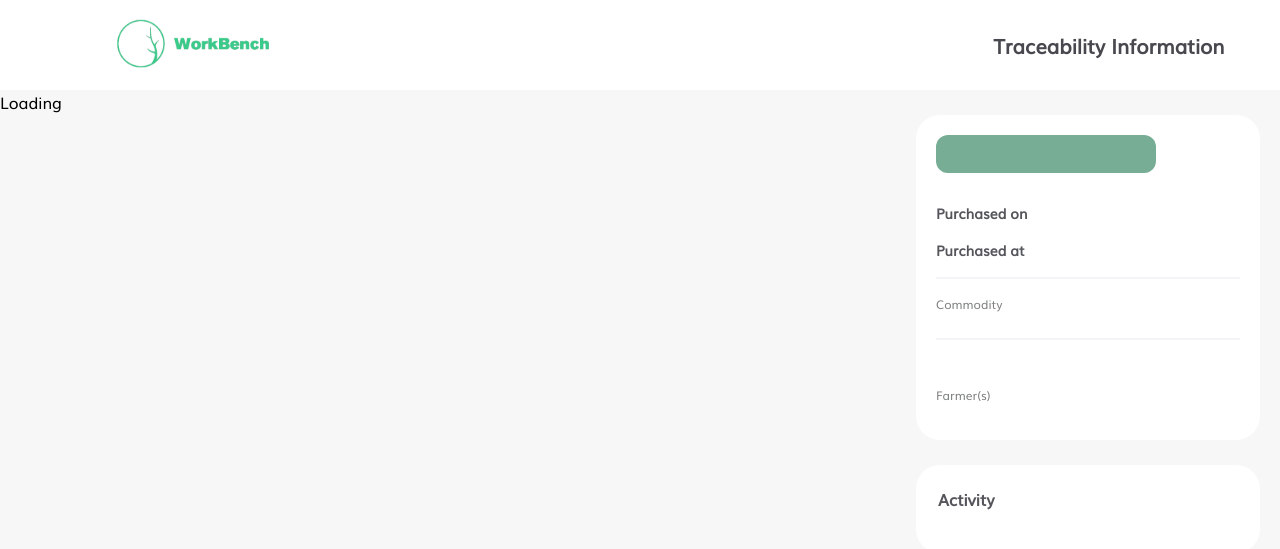
Repository: Hamezry/Traceability-Page
Page: /
An editor plug-in stored every save of this project. The page is shown before and after the next save, followed by the edit.
The browser window is 1280 px wide. The pictures show the whole page.
The page's requests for data from a server got no answer. The project was rebuilt for these pictures with package versions that can differ from the ones it lists, and the page was loaded fresh each time. No one was signed in, and anything a server would have sent is missing.

Above is the page before, as saved 2022-09-18 09:08:51.

### public/index.html
<!DOCTYPE html>
<html lang="en">
  <head>
    <meta charset="utf-8" />
    <meta name="viewport" content="width=device-width, initial-scale=1" />
    <meta name="theme-color" content="#000000" />
    <meta
      name="description"
      content="Web site created using create-react-app"
    />
    <link rel="preconnect" href="https://fonts.googleapis.com">
    <link rel="preconnect" href="https://fonts.gstatic.com" crossorigin>
    <!-- <link href="https://fonts.googleapis.com/css2?family=Mulish:wght@300;400;600&display=swap" rel="stylesheet"> -->
    <title>Traceability page</title>
  </head>
  <body>
    <noscript>You need to enable JavaScript to run this app.</noscript>
    <div id="root"></div>

  </body>
</html>

### src/index.css
@tailwind base;
@tailwind components;
@tailwind utilities;

@font-face {
    font-family: 'Muli';
    src: local('Muli'), url("./fonts/Muli-Regular.ttf") format("truetype");
}


@font-face {
    font-family: 'Muli';
    src: url('./fonts/Muli-Regular.ttf') format("truetype");
}

body {
    font-family: 'Muli' !important;
}

### src/App.js
import './index.css';
import Navbar from './components/Navbar';
import Information from './components/Information';
import Sidemap from './components/Sidemap';
import { BrowserRouter, Route, Routes } from 'react-router-dom';

function App() {
  return (
    <BrowserRouter>

      <Routes>

          <Route path='/' element={
            <div>
              <Navbar />
              <div className="lg:flex lg:justify-between w-full  lg:h-[calc(100vh-90px)] lg:overflow-y-hidden bg-[#f8f7f7]">
                <Sidemap />
                <Information />
              </div>

            </div>

          } />

      </Routes>
    </BrowserRouter>
  );
}

export default App;

### src/components/Navbar.js
import React from 'react'
import logo from '../Assets/logo.svg'

const Navbar = () => {
  return (
    <div className='w-full flex justify-center lg:gap-[700px] h-[90px] bg-white sticky font-muli  z-30  top-0 lg:items-center'>

        <img src= {logo} alt='nav-icon' className='h-[80px] w-[188px] lg:ml-[50px]'/>
        <p className='hidden lg:block text-[#47494E] font-semibold  text-[20px]'>Traceability Information</p>

    </div>
  )
}

export default Navbar

### src/components/Information.js
import React, { useEffect, useState } from 'react'
import image1 from '../Assets/image-2.png'
import purchased from '../Assets/purchase.svg'
import axios from 'axios'
import { useLocation } from 'react-router-dom'



function Information() {

    const [list, setList] = useState([])
    const search = useLocation().search;
    const qr_code = new URLSearchParams(search).get('qr_code')

    useEffect(() => {
        axios.get(`https://wb3test.afexnigeria.com/WB3/api/v1/traceability/info/${qr_code}`)
            .then(res => {
                setList(res.data.data)
                console.log(res.data)
            }).catch(err => {
                console.log(err)
            })
    }, [qr_code])


    return (
        <div className='lg:h-full  lg:w-[30%] font-muli lg:overflow-y-auto'>

            <div id="TQC" className=" z-10  top-0 flex lg:flex  flex-col px-[20px]">

                <div className="flex-1 flex bg-white lg:w-[100%] lg:mx-auto lg:mt-[25px] flex-col h-[556px] p-[20px] rounded-3xl">

                    {/*TQC */}
                    <div className='mb-4 border-b-2 border-b-gray-100 '>
                        <div className='bg-[#76AD94] text-white text-center py-2 font-semibold text-[16px] max-w-[220px] h-[38px] mb-[30px] rounded-xl'> <p>{list.qr_code}</p></div>
                        <p className='text-[#54565B] text-[14px] mb-4 font-semibold'>Purchased on <span className='font-normal'>{list.purchased_on}</span></p>
                        <p className=' text-[#54565B] text-[14px] mb-4 font-semibold'>Purchased at <span className='font-normal'>{list.purchased_at}</span></p>

                    </div>

                    <div className='mb-4 border-b-2  border-b-gray-100 '>
                        <p className='text-[#7C827D] text-[12px] mb-[25px] '>Commodity</p>
                        <p className='text-[#47494E] text-[14px] mb-4 font-medium '>{list.commodity}</p>

                    </div>

                    <div className='mt-[30px] mb-4'>

                        <p className='text-[#7C827D] text-[12px]'>Farmer(s)</p>

                        {
                            list?.farmers?.map((item, index) => {
                                return (
                                    <div key={index} className='w-[232px] h-[71px] shadow p-3 flex items-center mt-[20px] rounded-xl'>
                                        <img src={image1} alt='profilepic' />
                                        <p className='text-[#47494E] text-[16px] ml-5  font-medium '>{item.first_name} {item.last_name}<br /> <span className='text-[#707673] text-[12px]'>{item.age} years &nbsp; | &nbsp;  {item.gender}</span></p>
                                    </div>
                                )
                            })
                        }



                    </div>


                </div>



            </div>




            <div id="Activity" className=" top-0 flex lg:flex flex-shrink-0 flex-col px-[20px]">

                <div className="flex-1 flex bg-white lg:w-[100%] lg:mx-auto mt-[25px] mb-5 flex-col  h-[900px] p-[22px] rounded-3xl ">

                    <p className='text-[#54565B] mb-5 font-semibold text-[16px]'>Activity</p>

                    {list?.activities?.map((item, index) =>

                        <div key={index} className='flex justify-between stroke-amber-50 text-[#7C827D] 2xl:px-5 lg:px-0 text-[11px]'>

                            <div className='flex gap-2 xl:gap-2 md:gap-8'>

                                <div className='flex flex-col items-center'>
                                    <img src={purchased} alt='recp' />
                                    <div className='border border-dotted border-[#7C827D] min-h-[100px] max-h-[120px] w-[1px]'></div>

                                </div>
                                <div className='flex flex-col lg:w-[160px] md:w-[270px] w-[130px]' >
                                    <p className='font-semibold mt-2 lg:text-[13px]'>{item.action} </p>
                                    <span className='text-[#7C827D] text-[9px] mt-2 lg:text-[11px]'>{item.description}</span>
                                </div>



                            </div>
                            <p className='text-[#76AD94] text-[9px] mt-2 xl:text-[10px]'> <span>{item.created}</span> </p>

                        </div>
                    )}






                </div>





            </div>


        </div>);
}

export default Information

### src/components/Sidemap.js
import React from 'react'
import {useJsApiLoader, GoogleMap, Marker} from '@react-google-maps/api';

const center = {lat:48.8584, lng:2.294}

function Sidemap() {

  const { isLoaded } = useJsApiLoader({
    googleMapsApiKey:process.env.REACT_APP_GOOGLE_MAPS_API_KEY,
  });

  if (!isLoaded){
    return <h1>Loading</h1>
  }
  return (

    <div class= "h-[600px] w-full lg:h-[calc(100vh-90px)] lg:w-[70%]">

      <div className='hidden lg:block p-4 lg:p-0 lg:w-full h-[100%]'>
          <GoogleMap
          mapContainerStyle={{width:'100%', height:'100%'}}
          center={center} zoom={15}
          options={{
            zoomControl:false,
            streetViewControl:false,
            mapTypeControl:false,
            fullscreenControl:false,
          }}
          >
            <Marker position={center}/>

          </GoogleMap>
      </div>

      <div className='lg:hidden p-4 lg:p-0 lg:w-full h-[100%]'>
          <GoogleMap
          mapContainerStyle={{width:'100%', height:'100%', borderRadius:'50px'}}
          center={center} zoom={15}
          options={{
            zoomControl:false,
            streetViewControl:false,
            mapTypeControl:false,
            fullscreenControl:false,
          }}
          >
            <Marker position={center}/>

          </GoogleMap>
      </div>


    </div>

  )
}

export default Sidemap

### tailwind.config.js

/** @type {import('tailwindcss').Config} */
module.exports = {
  content: [
    "./src/**/*.{js,jsx,ts,tsx}",
  ],
  theme: {
    extend: {
      fontFamily:{
        'Muli':['Muli', 'san-serif']
      }
    },
  },
  plugins: [],
}

Loaded but not shown: src/index.js (common file)

After the next save:
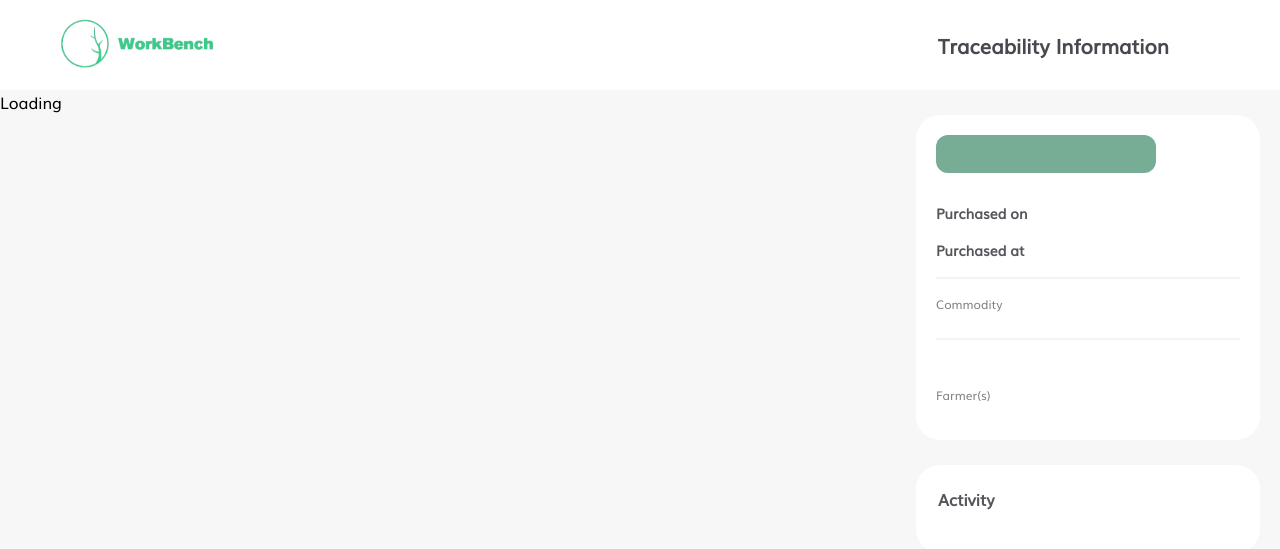
Saved 31 s later.
--- a/src/components/Navbar.js
+++ b/src/components/Navbar.js
@@ -3,7 +3,7 @@ import logo from '../Assets/logo.svg'
 
 const Navbar = () => {
   return (
-    <div className='w-full flex justify-center lg:gap-[700px] h-[90px] bg-white sticky font-muli  z-30  top-0 lg:items-center'>
+    <div className='w-full flex  lg:gap-[700px] h-[90px] bg-white sticky font-muli  z-30  top-0 lg:items-center'>
 
         <img src= {logo} alt='nav-icon' className='h-[80px] w-[188px] lg:ml-[50px]'/>
         <p className='hidden lg:block text-[#47494E] font-semibold  text-[20px]'>Traceability Information</p>
